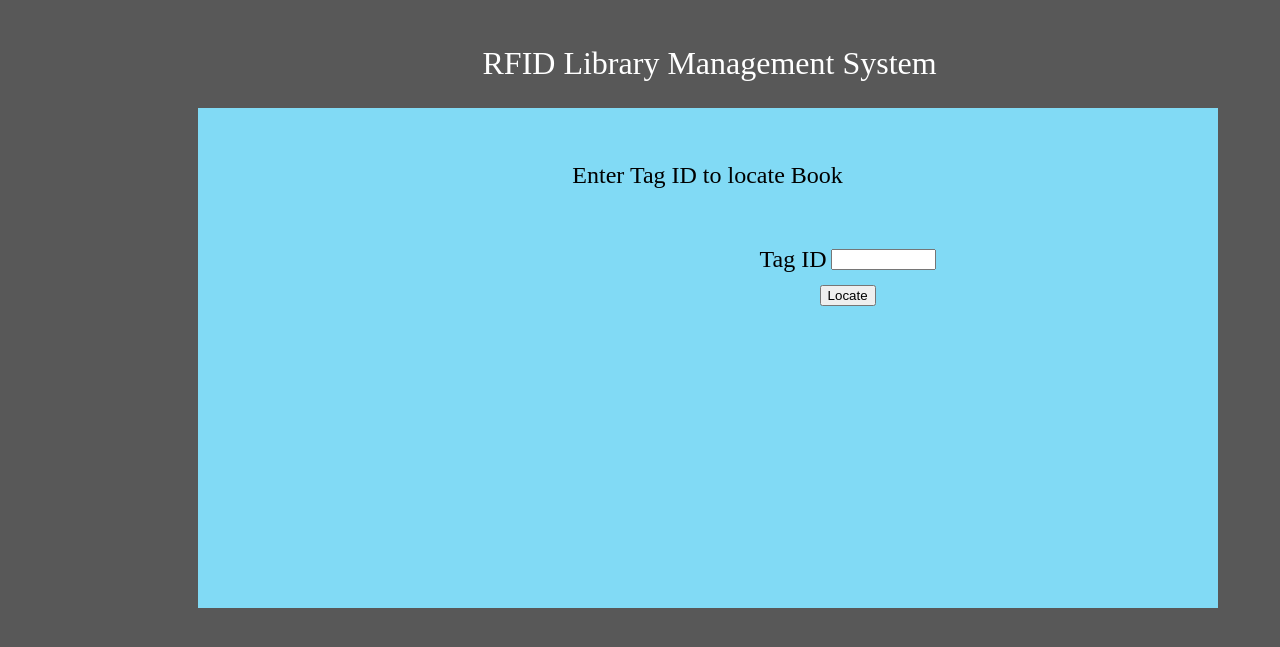
Repository: vigineshs/A-Smart-Data-Analyzer-for-Library-Management-System
Page: http://localhost/librarymgmt/locate.jsp
The author's editor kept a copy of each file at every save. The page is drawn from the files as they stood at one save, then again after the next save.
The browser window is 1280 px wide. The pictures show the whole page.
The page is served by Tomcat 9. Other server files are loaded and not shown.

Above is the page before, as saved 2013-02-10 12:17:57.

### PassiveRFID/CS203-Version 1.0.6/Demo Applications/Dot Net C#/Demo Applications Source Code/RFID/librarymgmt/WebContent/locate.jsp
<%@ page language="java" contentType="text/html; charset=ISO-8859-1"
    pageEncoding="ISO-8859-1"%>
<!DOCTYPE html PUBLIC "-//W3C//DTD HTML 4.01 Transitional//EN" "http://www.w3.org/TR/html4/loose.dtd">
<html>
<head>
<title>RFID | Library Management System</title>
<link rel="stylesheet" type="text/css" href="css/page.css ">
<script>
function validateForm()
{
var x=document.forms["f1"]["btag"].value;
if (x==null || x=="")
  {
  alert("TagID must be filled");
  return false;
  }}
  </script>
</head>
<body>
<div class="center">
<div id="container">
<div id="header"><br/>
RFID Library Management System
</div>
<div id="content">
<br/><br/><center>
Enter Tag ID to locate Book</center>
	<div id="lcon">

	</div>
	<div id="rcon">
	<form method=GET action="http://localhost:8080/librarymgmt/location.jsp" onsubmit="return validateForm()" name=f1  ><br/><br/>
	<center>
<table>
<tr><td>Tag ID</td><td><input type=text size=10 name="tag" /></td></tr>
<tr><td></td><td></td></tr><tr><td></td><td></td></tr>
<tr  ><td colspan="2"><center><input type=submit value=Locate /></center></td></tr>
</table></center>
</form>
	</div>
</div>
</div>
</div>
</body>
</html>

### PassiveRFID/CS203-Version 1.0.6/Demo Applications/Dot Net C#/Demo Applications Source Code/RFID/librarymgmt/WebContent/css/page.css
#container
{


width:1024px;
height:500px;
margin:0px;

}

a{
text-decoration:none;
font-color:blue;
font-size:32px;
}

a:hover{
font-color:red;
}

.center
{
margin-left:auto;
margin-right:auto;
width:70%;
}

body
{
background-color:#585858;
}

#header
{
background-color:#585858;
font-family:Monotype Corsiva;
font-size:32px;
color:white;
height:100px;
text-align:center;
float:center;
}

#content
{
background-color:#81DAF5;
width:1020px;
height:500px;
margin-left:0px;
overflow:hidden;
font-size:24px;
float:center;
}

#lcon
{
width:300px;
height:100%
overflow:hidden;
}

#rcon
{
width:700px;
height:100%
overflow:hidden;
margin-left:300px;
}

After the next save:
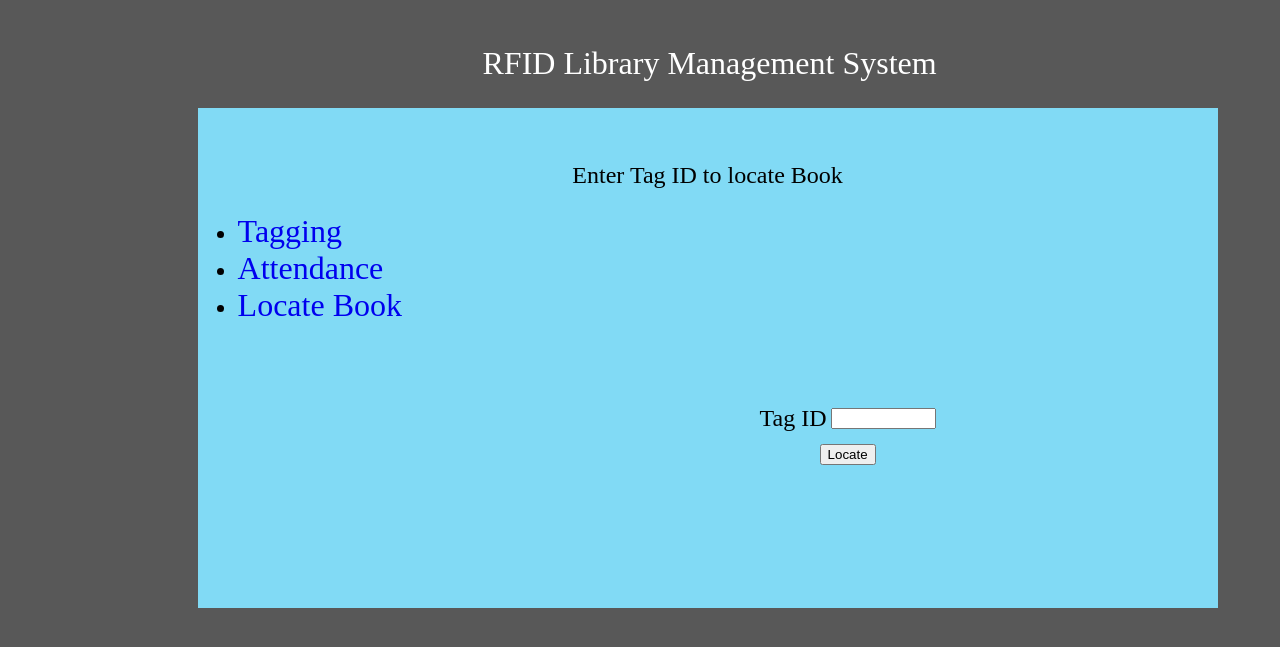
Saved 28 s later.
--- a/PassiveRFID/CS203-Version 1.0.6/Demo Applications/Dot Net C#/Demo Applications Source Code/RFID/librarymgmt/WebContent/locate.jsp
+++ b/PassiveRFID/CS203-Version 1.0.6/Demo Applications/Dot Net C#/Demo Applications Source Code/RFID/librarymgmt/WebContent/locate.jsp
@@ -26,7 +26,11 @@ RFID Library Management System
 <br/><br/><center>
 Enter Tag ID to locate Book</center>
 	<div id="lcon">
-
+<ul>
+<li><a href="tag.jsp">Tagging</a></li>
+<li><a href="attend.jsp">Attendance</a></li>
+<li><a href="locate.jsp">Locate Book</a></li>
+</ul>
 	</div>
 	<div id="rcon">
 	<form method=GET action="http://localhost:8080/librarymgmt/location.jsp" onsubmit="return validateForm()" name=f1  ><br/><br/>
